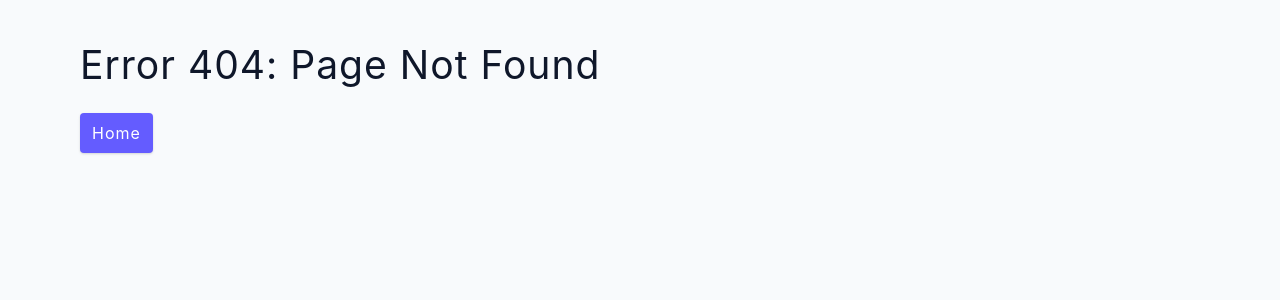
Repository: kennedyowusu/react-router-tutorial
Page: /dashboard
These files come from the project's save history. The page is drawn as it stood at one moment and after the next save; the edit follows.
The browser window is 1280 px wide. The pictures show the whole page.
The project was rebuilt for these pictures with package versions that can differ from the ones it lists, and the page was loaded fresh each time. Also part of the build but not shown: src/pages/Home.js, src/pages/About.js, src/pages/Products.js.

Above is the page before, as saved 2022-12-27 14:58:26.

### src/App.js
import { BrowserRouter, Routes, Route } from "react-router-dom";
import Home from "./pages/Home";
import About from "./pages/About";
import Products from "./pages/Products";
import Error from "./pages/Error";

function App() {
  return (
    <BrowserRouter>
      <Routes>
        <Route path="/" element={<Home />} />
        <Route path="/about" element={<About />} />
        <Route path="/products" element={<Products />} />
        <Route path="*" element={<Error/>} />
      </Routes>

    </BrowserRouter>
  );
}

export default App;

### src/pages/Error.js
import { Link } from 'react-router-dom';
const Error = () => {
  return (
    <section className='section'>
      <h2>
        Error 404: Page not found
      </h2>
      <Link to='/' className='btn'> Home </Link>
    </section>
  );
};
export default Error;

Loaded but not shown: public/index.html (common file); src/index.js (common file); src/index.css (common file)

After the next save:
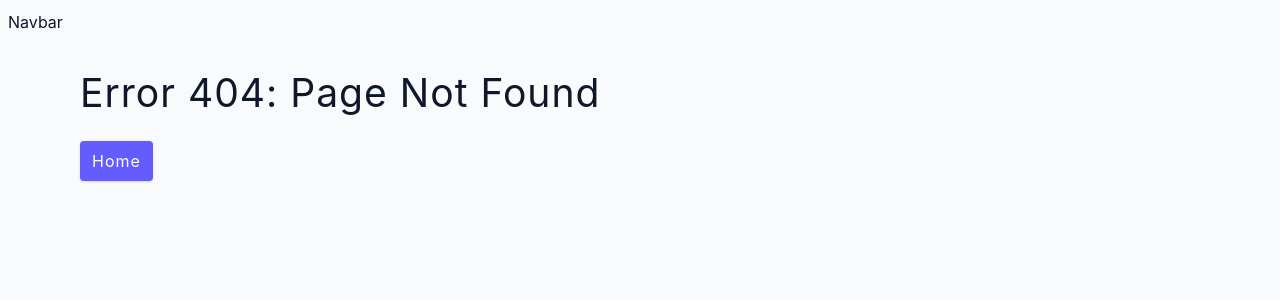
Saved 13 min 40 s later.
--- a/src/App.js
+++ b/src/App.js
@@ -7,6 +7,9 @@ import Error from "./pages/Error";
 function App() {
   return (
     <BrowserRouter>
+      <nav>
+        Navbar
+      </nav>
       <Routes>
         <Route path="/" element={<Home />} />
         <Route path="/about" element={<About />} />
